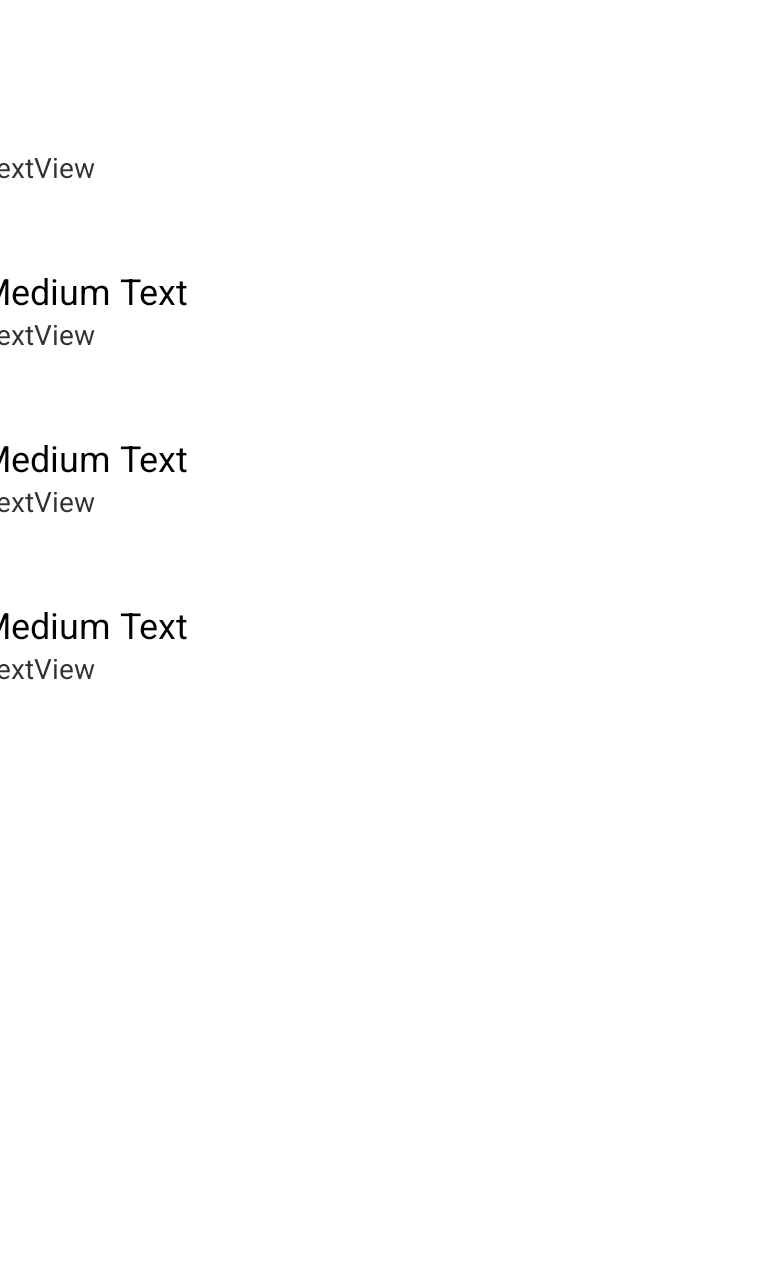
Repository: SimonIsMe/workspace_android
Layout: lista3/res/layout/blutooth.xml
The author's editor kept a copy of each file at every save. The layout is drawn from the files as they stood at one save, then again after a run of saves.
It is drawn on a 768 x 1280 px phone screen (xhdpi) without system bars, with theme AppTheme; the app's code is not run.

Above is the layout before, as saved 2012-12-05 16:13:02.

### lista3/res/layout/blutooth.xml
<RelativeLayout xmlns:android="http://schemas.android.com/apk/res/android"
    xmlns:tools="http://schemas.android.com/tools"
    android:layout_width="fill_parent"
    android:layout_height="fill_parent"
    android:layout_marginBottom="10dp"
    android:layout_marginTop="10dp" >

    <TextView
        android:id="@+id/bluetooth_title"
        android:layout_width="fill_parent"
        android:layout_height="wrap_content"
        android:layout_gravity="center"
        android:layout_marginTop="10dp"
        android:layout_marginBottom="10dp"
        android:gravity="center"
        android:text=""
        android:textAppearance="?android:attr/textAppearanceLarge" />

    <ScrollView
        android:layout_width="fill_parent"
        android:layout_height="fill_parent"
        android:layout_below="@+id/bluetooth_title" >

        <TableLayout
            android:layout_width="fill_parent"
            android:layout_height="wrap_content"
            android:layout_gravity="center_horizontal"
            android:layout_marginRight="20dp" >

            <TableRow
                android:id="@+id/tableRow1"
                android:layout_width="fill_parent"
                android:layout_height="wrap_content"
                android:layout_marginRight="20dp" >

                 <TextView
                    android:id="@+id/name_0"
                    android:layout_width="wrap_content"
                    android:layout_height="wrap_content"
                    android:text=""
                    android:textAppearance="?android:attr/textAppearanceMedium" />

            </TableRow>

            <TableRow
                android:id="@+id/tableRow2"
                android:layout_width="fill_parent"
                android:layout_height="wrap_content"
                android:layout_marginBottom="40dp"
                android:layout_marginRight="20dp" >

                <TextView
                    android:id="@+id/address_0"
                    android:layout_width="wrap_content"
                    android:layout_height="wrap_content"
                    android:text="TextView" />

            </TableRow>

            <TableRow
                android:id="@+id/tableRow1"
                android:layout_width="fill_parent"
                android:layout_height="wrap_content"
                android:layout_marginRight="20dp" >

                 <TextView
                    android:id="@+id/name_1"
                    android:layout_width="wrap_content"
                    android:layout_height="wrap_content"
                    android:text="Medium Text"
                    android:textAppearance="?android:attr/textAppearanceMedium" />

            </TableRow>

            <TableRow
                android:id="@+id/tableRow1"
                android:layout_width="fill_parent"
                android:layout_height="wrap_content"
                android:layout_marginBottom="40dp"
                android:layout_marginRight="20dp" >

                <TextView
                    android:id="@+id/address_1"
                    android:layout_width="wrap_content"
                    android:layout_height="wrap_content"
                    android:text="TextView" />

            </TableRow>

            <TableRow
                android:id="@+id/tableRow1"
                android:layout_width="fill_parent"
                android:layout_height="wrap_content"
                android:layout_marginRight="20dp" >

                 <TextView
                    android:id="@+id/name_2"
                    android:layout_width="wrap_content"
                    android:layout_height="wrap_content"
                    android:text="Medium Text"
                    android:textAppearance="?android:attr/textAppearanceMedium" />

            </TableRow>

            <TableRow
                android:id="@+id/tableRow1"
                android:layout_width="fill_parent"
                android:layout_height="wrap_content"
                android:layout_marginBottom="40dp"
                android:layout_marginRight="20dp" >

                <TextView
                    android:id="@+id/address_2"
                    android:layout_width="wrap_content"
                    android:layout_height="wrap_content"
                    android:text="TextView" />

            </TableRow>

            <TableRow
                android:id="@+id/tableRow1"
                android:layout_width="fill_parent"
                android:layout_height="wrap_content"
                android:layout_marginRight="20dp" >

                 <TextView
                    android:id="@+id/name_3"
                    android:layout_width="wrap_content"
                    android:layout_height="wrap_content"
                    android:text="Medium Text"
                    android:textAppearance="?android:attr/textAppearanceMedium" />

            </TableRow>

            <TableRow
                android:id="@+id/tableRow1"
                android:layout_width="fill_parent"
                android:layout_height="wrap_content"
                android:layout_marginBottom="40dp"
                android:layout_marginRight="20dp" >

                <TextView
                    android:id="@+id/address_3"
                    android:layout_width="wrap_content"
                    android:layout_height="wrap_content"
                    android:text="TextView" />

            </TableRow>

        </TableLayout>

    </ScrollView>

</RelativeLayout>

Loaded but not shown: lista3/res/values/styles.xml (common file)

After the next 3 saves:
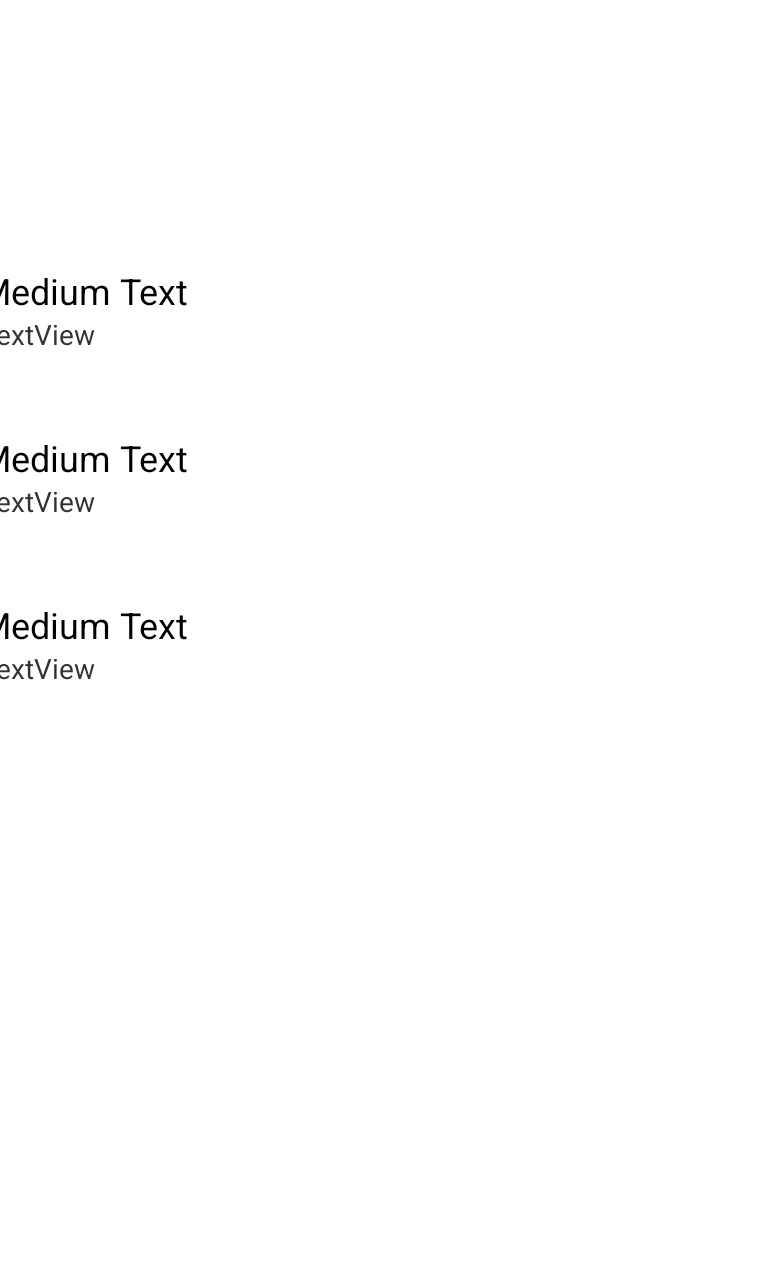
The 3 saves are shown as one change because they came seconds apart.
The last was saved 9 s later.
--- a/lista3/res/layout/blutooth.xml
+++ b/lista3/res/layout/blutooth.xml
@@ -53,12 +53,12 @@
                     android:id="@+id/address_0"
                     android:layout_width="wrap_content"
                     android:layout_height="wrap_content"
-                    android:text="TextView" />
+                    android:text="" />
 
             </TableRow>
 
             <TableRow
-                android:id="@+id/tableRow1"
+                android:id="@+id/tableRow3"
                 android:layout_width="fill_parent"
                 android:layout_height="wrap_content"
                 android:layout_marginRight="20dp" >
